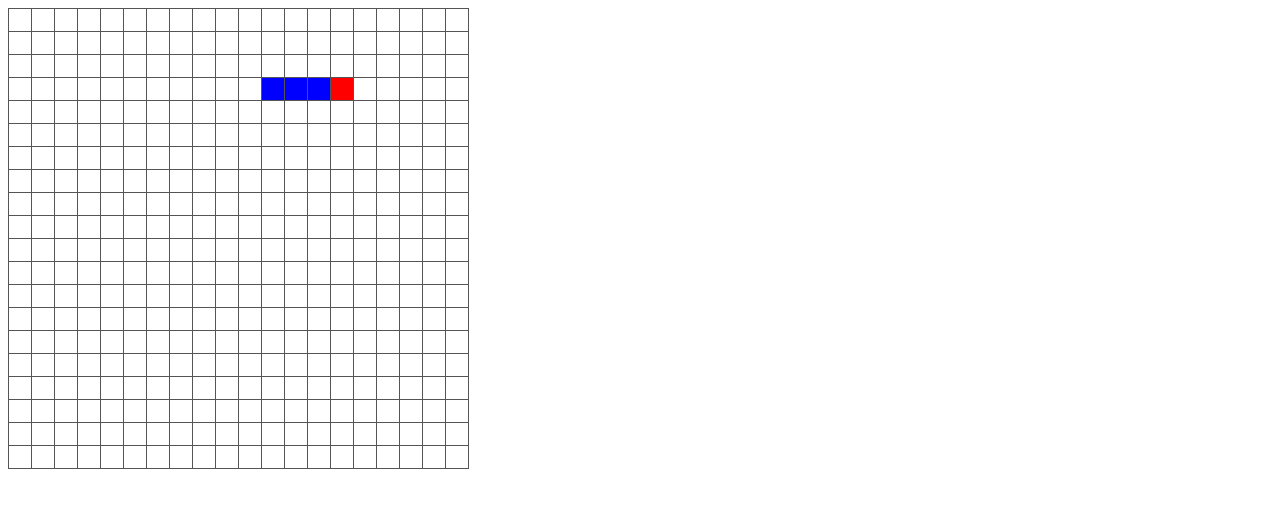
Repository: ycsheng/Games
Page: 01_snake/index.html
These files come from the project's save history. The page is drawn as it stood at one moment and after the next save; the edit follows.
The browser window is 1280 px wide. The pictures show the whole page.

Above is the page before, as saved 2021-09-18 14:54:14.

### 01_snake/index.html
<!DOCTYPE html>
<html lang="zh">
<head>
  <meta charset="UTF-8">
  <meta http-equiv="X-UA-Compatible" content="IE=edge">
  <meta name="viewport" content="width=device-width, initial-scale=1.0">
  <title>Document</title>
  <style>
    table {
      border-collapse: collapse;
      border: 1px solid #333
    }
    td {
      width: 20px;
      height: 20px;
      border: 1px solid #555;
    }
  </style>
</head>
<body>
  <div id="app"></div>
  <script src="./js/Game.js"></script>
  <script src="./js/Snake.js"></script>
  <script>
    var game = new Game();
  </script>
</body>
</html>

### 01_snake/js/Game.js
/*
  1. 在构造函数中创建一个空对象
  2. 将执行上下文指向这个空对象
  3. 执行里面的所有函数
  4. 执行完成后，返回对象
*/
function Game() {
  // 创建表格
  this.row = 20;  // 行数
  this.col = 20;  //列数
  // 初始化节点
  this.init();
  // 实例化蛇类
  this.snake = new Snake();

  // this.snake.render();
}
// 舞台设计
Game.prototype.init = function() {
  this.dom = document.createElement("table");
  var tr, td;
  // 遍历行和列上树
  for(var i = 0; i < this.row; i++) {
    // 遍历行，创建节点上树
    tr = document.createElement("tr");
    for(var j = 0; j < this.col; j++) {
      // 遍历列，创建节点上树
      td = document.createElement("td");
      tr.appendChild(td)
    }
    // 追加节点上树
    this.dom.appendChild(tr);
  }
  // 表格上树
  document.getElementById("app").appendChild(this.dom)
}

// 清屏方法
Game.prototype.clear = function() {
  // 遍历表格，擦除画布
  for(var i = 0; i < this.row; i++) {
    for(var j = 0; j < this.col; j++) {
      this.dom.getElementsByTagName("tr")[i].getElementsByTagName("td")[j].style.background = "white"
    }
  }
}

// 设置颜色的方法
Game.prototype.setColor = function(row, col, color) {
  // 让表格的第几行，第几列设置颜色的方法
  this.dom.getElementsByTagName("tr")[row].getElementsByTagName("td")[col].style.background = color;
}

var timer = setInterval(function() {
  // 定时器里面的核心就是游戏的渲染本质，清屏-更新-渲染
  // 清除屏幕，解决蛇会边长但不运动
  game.clear();
  // 渲染蛇
  game.snake.render();
  // 蛇的运动
  game.snake.update();
}, 500)

### 01_snake/js/Snake.js
function Snake() {
  // 蛇的初始化身体
  this.body  = [
    {"row": 3, "col": 5},
    {"row": 3, "col": 4},
    {"row": 3, "col": 3},
    {"row": 3, "col": 2},
  ];
  // 信号量，设置的运动方向
  this.direction = "R";
}

// 蛇的运动
Snake.prototype.update = function() {
  // 尾部减一
  this.body.pop();
  // 头部
  this.body.unshift({"row": this.body[0].row, "col": this.body[0].col + 1});
  // 蛇的不容方向的运动
}

/*
  Snake的render谁来调用？如果Snake自己的构造函数调用得不到game
  因为Game类还没有执行完四步走
  解决方案：定时器，异步
*/
Snake.prototype.render = function() {
  // 蛇头的渲染
  game.setColor(this.body[0].row, this.body[0].col, "red");
  // 蛇身体的渲染
  for(var i = 1; i < this.body.length; i++) {
    game.setColor(this.body[i].row, this.body[i].col, "blue")
  }
}

After the next save:
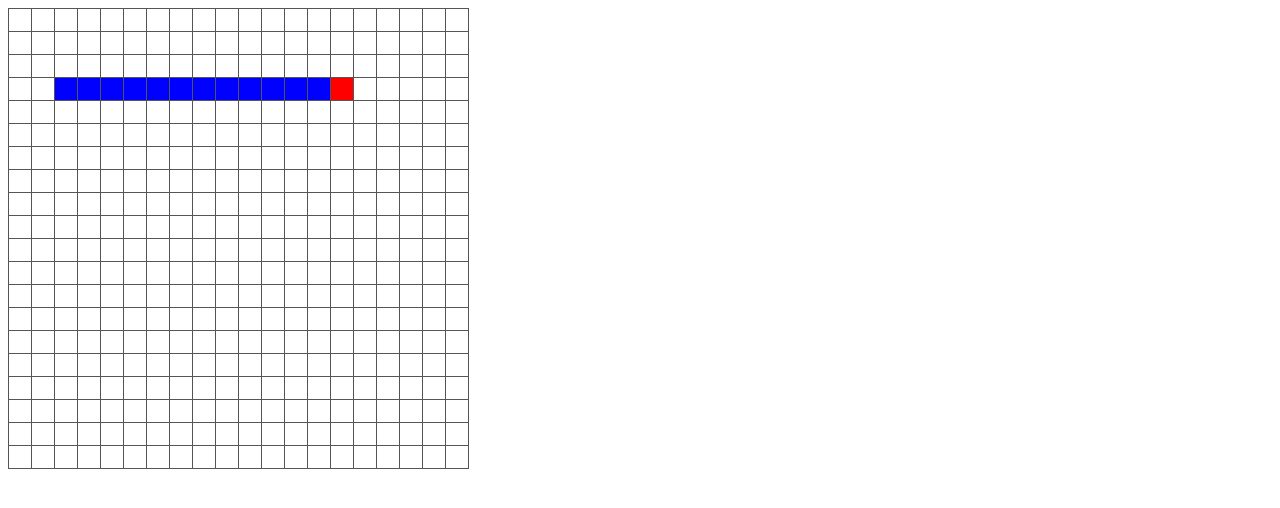
Saved 3 min 2 s later.
--- a/01_snake/js/Snake.js
+++ b/01_snake/js/Snake.js
@@ -13,10 +13,19 @@
 // 蛇的运动
 Snake.prototype.update = function() {
   // 尾部减一
-  this.body.pop();
+  // this.body.pop();
   // 头部
-  this.body.unshift({"row": this.body[0].row, "col": this.body[0].col + 1});
+  // this.body.unshift({"row": this.body[0].row, "col": this.body[0].col + 1});
   // 蛇的不容方向的运动
+  switch(this.direction) {
+    case "R":
+      this.body.unshift({"row": this.body[0].row, "col": this.body[0].col + 1});
+      break;
+    case "D":
+      this.body.unshift({"row": this.body[0].row + 1, "col": this.body[0].col});
+      break;
+
+  }
 }
 
 /*

After the save that followed:
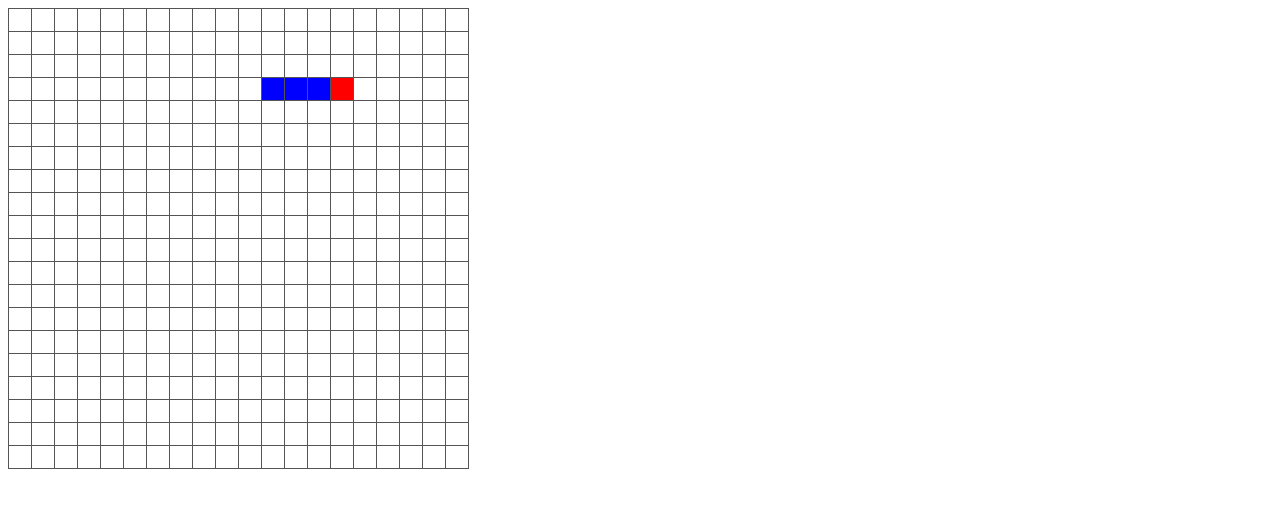
Saved 14 s later.
--- a/01_snake/js/Snake.js
+++ b/01_snake/js/Snake.js
@@ -13,7 +13,7 @@
 // 蛇的运动
 Snake.prototype.update = function() {
   // 尾部减一
-  // this.body.pop();
+  this.body.pop();
   // 头部
   // this.body.unshift({"row": this.body[0].row, "col": this.body[0].col + 1});
   // 蛇的不容方向的运动
